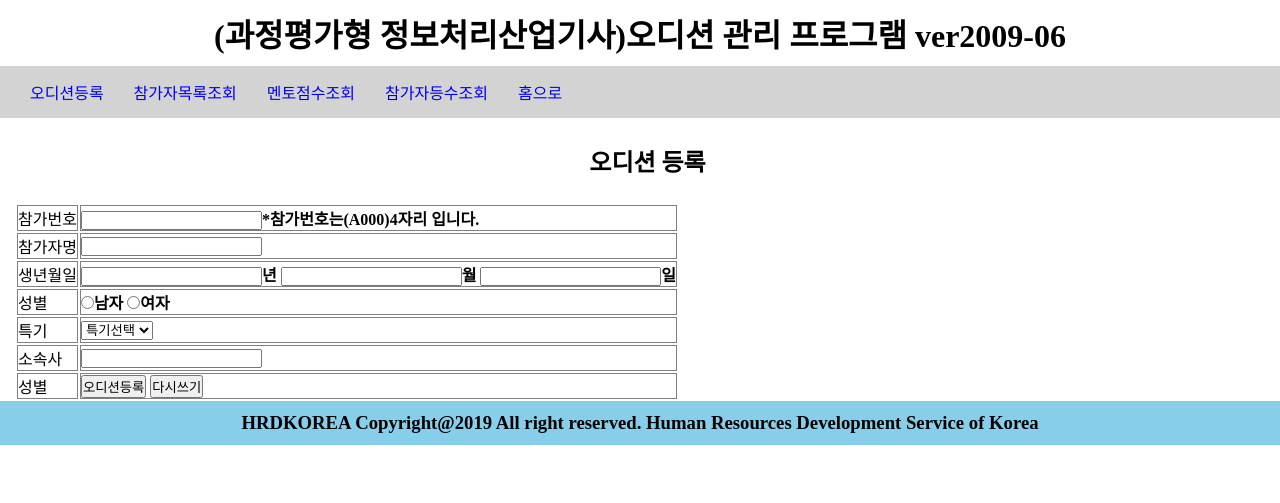
Repository: chyun94/JSP-
Page: http://localhost/Kingdom/insert.jsp
These files come from the project's save history. The page is drawn as it stood at one moment and after the next save; the edit follows.
The browser window is 1280 px wide. The pictures show the whole page.
The page is served by Tomcat 9.

Above is the page before, as saved 2021-05-09 12:49:39.

After the next save:
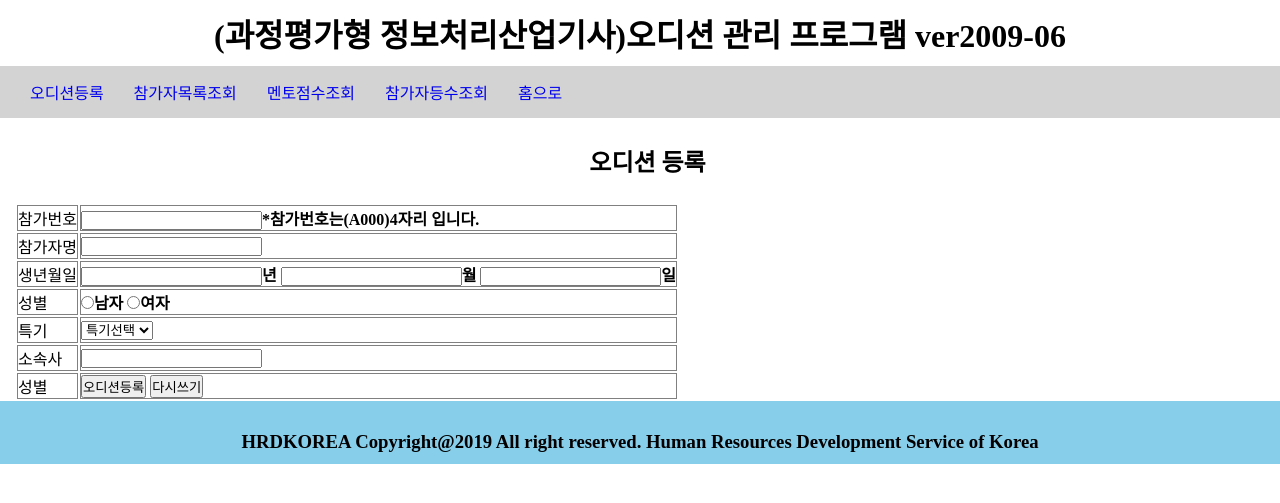
Saved 11 s later.
--- a/Kingdom/WebContent/insert.jsp
+++ b/Kingdom/WebContent/insert.jsp
@@ -114,7 +114,7 @@
 
 <div>
 	<footer>
-		<div class="footer">
+		<div class="footer" style="padding-top: 30px;">
 			<h3 style="text-align: center;" >
 			HRDKOREA Copyright@2019 All right reserved. Human Resources Development Service of Korea
 			</h3>

After the save that followed:
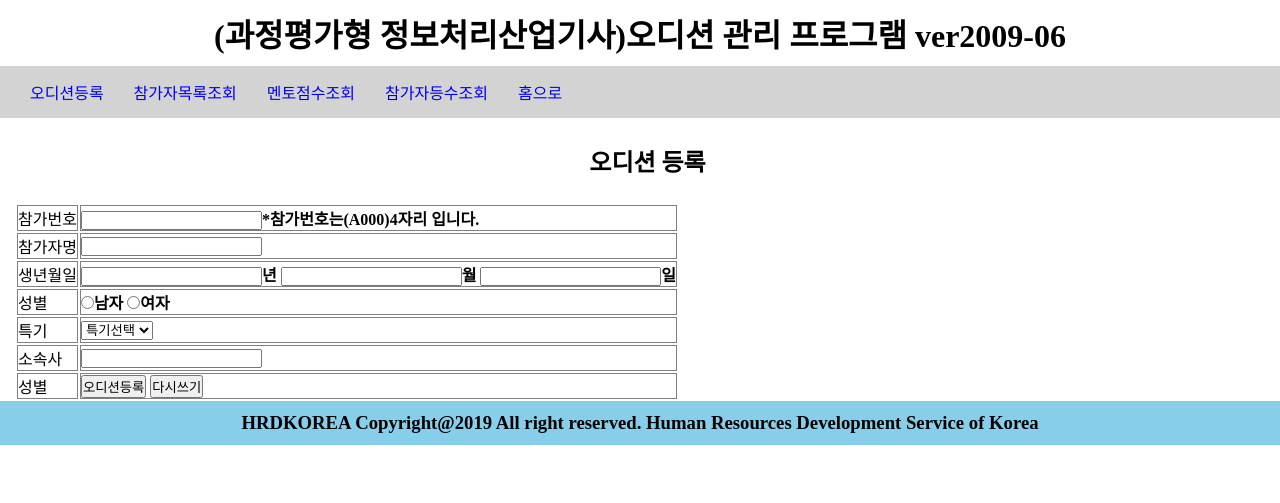
Saved 9 s later.
--- a/Kingdom/WebContent/insert.jsp
+++ b/Kingdom/WebContent/insert.jsp
@@ -114,7 +114,7 @@
 
 <div>
 	<footer>
-		<div class="footer" style="padding-top: 30px;">
+		<div class="footer">
 			<h3 style="text-align: center;" >
 			HRDKOREA Copyright@2019 All right reserved. Human Resources Development Service of Korea
 			</h3>
